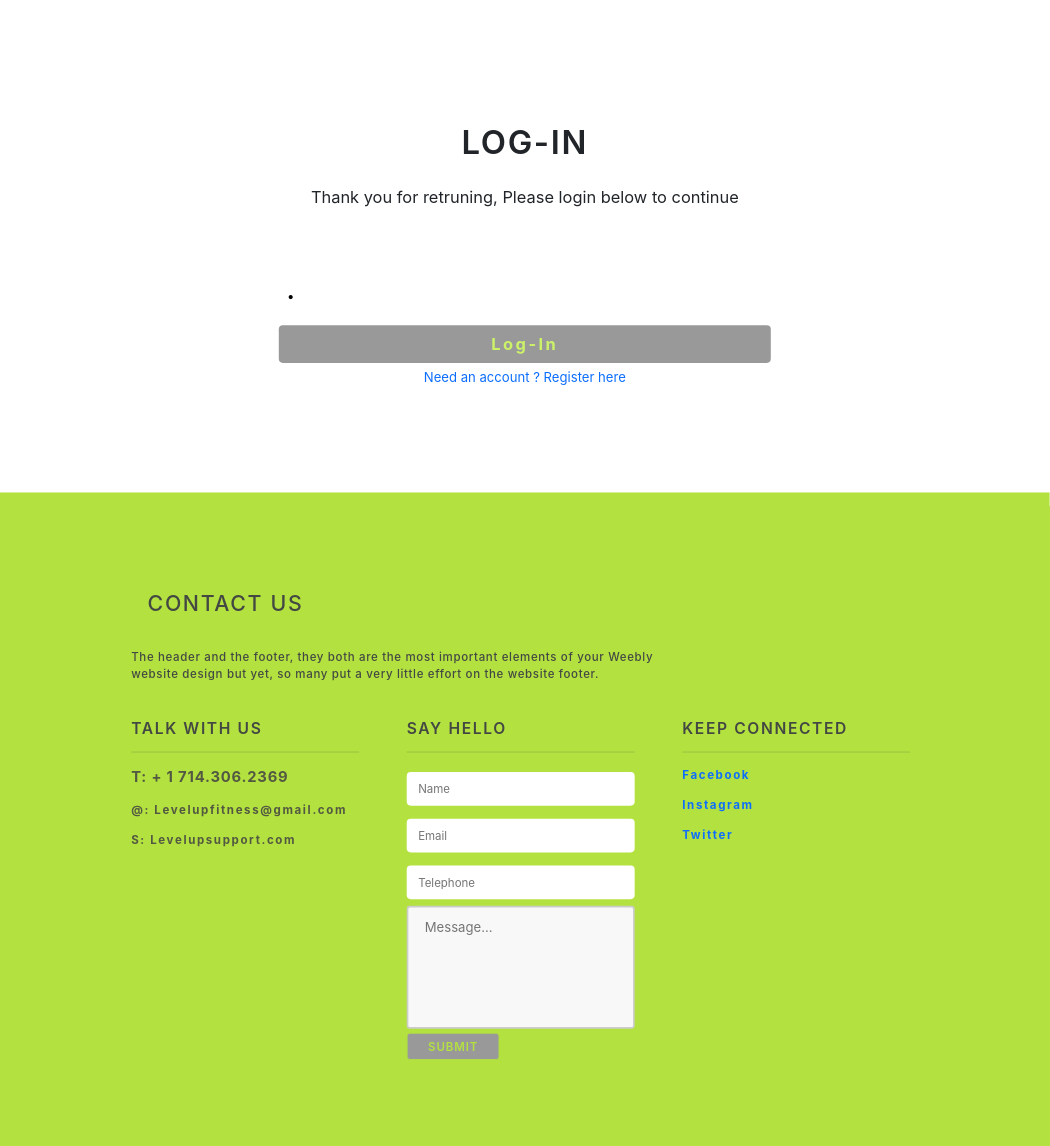
Repository: Bojurie/Level-up
Page: /login (app in client/)
These files come from the project's save history. The page is drawn as it stood at one moment and after the next save; the edit follows.
The browser window is 1280 px wide. The pictures show the part of the page from y = 314 to 1711 px (the page is 1711 px tall), at 82% of full size.
Some web fonts or font styles are not loaded; a fallback is used. Some web libraries are served in a nearby version. The project was rebuilt for these pictures with package versions that can differ from the ones it lists, and the page was loaded fresh each time. Also part of the build but not shown: client/src/components/Carousel.css, client/src/components/Carousel.js, client/src/components/BlogIist.js, client/src/components/HomeVlog.css, client/src/components/HomeVlog.js, client/src/components/homeProducts.css, client/src/components/HomeProducts.js, client/src/components/HomeShop.css and 12 more.

Above is the page before, as saved 2022-12-04 11:22:26.

### client/public/index.html
<!DOCTYPE html>
<html lang="en">
  <head>
    <meta charset="utf-8" />
    <link rel="icon" href="%PUBLIC_URL%/favicon.ico" />
    <meta name="viewport" content="width=device-width, initial-scale=1" />
    <meta name="theme-color" content="#000000" />
    <meta
      name="description"
      content="Web site created using create-react-app"
    />
    <link rel="apple-touch-icon" href="%PUBLIC_URL%/logo192.png" />
    <link rel="manifest" href="%PUBLIC_URL%/manifest.json" />

    <link rel="preconnect" href="https://fonts.googleapis.com" />
    <link rel="preconnect" href="https://fonts.gstatic.com" crossorigin />
    <link
      href="https://fonts.googleapis.com/css2?family=Asap+Condensed:ital,wght@0,400;0,500;1,400&family=Chivo:wght@300;400&family=Jura:wght@300;400;500;600;700&family=Lato:ital,wght@0,400;0,700;1,400&family=Nunito+Sans:wght@400;600&family=Oswald:wght@300;500;700&family=Playball&family=Roboto:ital,wght@0,400;0,500;1,500&family=Wallpoet&display=swap"
      rel="stylesheet"
    />

    <link
      rel="stylesheet"
      href="https://cdn.jsdelivr.net/npm/bootstrap@5.1.3/dist/css/bootstrap.min.css"
      integrity="sha384-1BmE4kWBq78iYhFldvKuhfTAU6auU8tT94WrHftjDbrCEXSU1oBoqyl2QvZ6jIW3"
      crossorigin="anonymous"
    />
    <script
      src="https://kit.fontawesome.com/5ffdb52964.js"
      crossorigin="anonymous"
    ></script>
    <title>React App</title>
    <script
      src="https://kit.fontawesome.com/5ffdb52964.js"
      crossorigin="anonymous"
    ></script>
  </head>
  <body>
    <noscript>You need to enable JavaScript to run this app.</noscript>
    <div id="root"></div>
    <!--
      This HTML file is a template.
      If you open it directly in the browser, you will see an empty page.

      You can add webfonts, meta tags, or analytics to this file.
      The build step will place the bundled scripts into the <body> tag.

      To begin the development, run `npm start` or `yarn start`.
      To create a production bundle, use `npm run build` or `yarn build`.
    -->
  </body>
</html>

### client/src/App.js
import React from 'react';
// import { BrowserRouter as Router, Route, Routes } from 'react-router-dom';
import { BrowserRouter as Router, Route, Routes} from 'react-router-dom'


import Home from './pages/Home';
import About from './pages/About';
import Shop from './pages/Shop';
import Contact from './pages/Contact';
import Navbar from './components/Navbar';
import Footer from './components/Footer';
import LogIn from './pages/LogIn';
import Register from './pages/Register';
// import Chart from './components/Chart';
import Vlog from './pages/Vlog';

import {DataProvider} from './components/Context'


function App() {

  return (
        <Router>
          <DataProvider>
          <Navbar />
          <Routes>
              <Route path='/' element={<Home />} />
              <Route path='/about' element={<About />} />
              <Route path='/contact' element={<Contact />} />
              <Route path='/shop' element={<Shop />} />
              <Route path='/vlog' element={<Vlog />} />
              <Route path='/login' element={<LogIn/>} />
              <Route path='/register' element={<Register />} />
              {/* <Route path='/chart' element={<Chart/>} /> */}
          </Routes>
          <Footer />
          </DataProvider>
        </Router>
  );
}

export default App;

### client/src/components/Navbar.js
import React from 'react';
import { Link } from 'react-router-dom';

import './Navbar.css'
import Logo from '../images/Logo.png'



const Navbar = () => {
  return (
    <nav className='navbar'>
      <div className='navbar-wrapper'>
        <Link to='/' className='logo'>
            <img src={Logo} alt='logo' />
        </Link>
        <ul className='navbar-links'>
            <Link to='/' >Home </Link>
            <Link to='/shop'> Shop</Link>
            <Link to='/Vlog'> V-Log</Link>
            <Link to='/about'> About</Link>
            <Link to='/contact'> Contact</Link>
            <Link to='/login'> Login </Link>
            <Link to='/register'>SignUp</Link>
            <Link to='/chart'><i class="fa-solid fa-cart-shopping"></i></Link>

        </ul>
      </div>

    </nav>
  );
}

export default Navbar;

### client/src/components/Footer.js
import React from 'react';
import { Link } from 'react-router-dom';
  import { FontAwesomeIcon } from '@fortawesome/react-fontawesome'
  import { instagram } from '@fortawesome/free-solid-svg-icons'

import './Footer.css';

const Footer = () => {
  return (
    <div className='footer'>
      <div className='footer-wrapper'>
        <div className='footer-header-wrapper'>
          <div className='footer-header'>
            <h1>Contact Us</h1>
          </div>
          <div className='footer-paragraph'>
            <p>The header and the footer, they both are the most important elements of your Weebly website design but yet, so many put a very little effort on the website footer.</p>
          </div>

        </div>
        <div className='footer-nav-content'>
            <div className='footer-navs-left'>
              <h3>Talk With Us</h3><hr/>
              <div className='footer-contact'>
                <div className='tel'>
                  <p>T: + 1 714.306.2369</p>
                </div>
                <div className='email'>
                  <p>@: Levelupfitness@gmail.com</p>
                </div>
                <div className='support'>
                  <p>S: Levelupsupport.com</p>
                </div>

              </div>

            </div>
            <div className='footer-navs-middle'>
                <h3>Say Hello</h3><hr/>
              <div className='footer-form'>

                  <form className='form'>
                    <input type='text' placeholder=' Name' />
                    <input type='text' placeholder=' Email' />
                    <input type='text' placeholder=' Telephone' />
                    <textarea placeholder='Message...' />
                  </form>
                  <div className='form-btn'>
                    <input type='submit' placeholder='' />
                  </div>

              </div>
            </div>
            <div className='footer-navs-right'>
              <h3>Keep Connected</h3><hr/>
              <div className='social-media'>
                <p><Link to='/'>Facebook</Link></p>
                <p><Link to='/'><FontAwesomeIcon icon="fa-brands fa-instagram" /> Instagram</Link></p>
                <p><Link to='/'>Twitter</Link></p>

              </div>

            </div>
        </div>


      </div>
    </div>
  );
}

export default Footer;

### client/src/pages/LogIn.js
import React from 'react';
import LoginForm from '../components/auth/LoginForm';
import { FormTitle } from '../components/FormTitle';
import './Login.css'

const LogIn = () => {
  return (
    <div >
      <FormTitle className="FormTitleLogin-title" text="Log - In " />
      <div>
        <div className='login'>
          <div className='login-wrapper'>
            <div className='login-form-wrapper'>
              <LoginForm />
            </div>
          </div>
        </div>
      </div>



    </div>
  );
}

export default LogIn;

### client/src/components/Context.js
import React,{Component} from 'react';
export const DataContext = React.createContext();

export class DataProvider extends Component {
  constructor(props) {
    super(props)

    this.state = {
       products: [
         {
          "_id": "1",
          "title": "Level-Up Sweat Pant",
          "src": "https://images.unsplash.com/photo-1618354691373-d851c5c3a990?ixlib=rb-1.2.1&ixid=MnwxMjA3fDB8MHxwaG90by1wYWdlfHx8fGVufDB8fHx8&auto=format&fit=crop&w=658&q=80",
          "description": "Classic fit for running and outdoor activities.",
          "price": 39,
          "colors": ["red", "blue", "black"],
          "count": 2,
         },
         {
          "_id": "2",
          "title": "Kids Level-Up SweatPant",
          "src": "https://images.unsplash.com/flagged/photo-1555895312-bbc472c964f3?ixlib=rb-1.2.1&ixid=MnwxMjA3fDB8MHxwaG90by1wYWdlfHx8fGVufDB8fHx8&auto=format&fit=crop&w=388&q=80",
          "description": "Kids track sweatsuit for running or leisure activities",
          "price": 20,
          "colors": ["red", "blue", "black"],
          "count": 2,
         },
         {
          "_id": "3",
          "title": "Level Up Tank Top",
          "src": "https://images.unsplash.com/photo-1618354691373-d851c5c3a990?ixlib=rb-1.2.1&ixid=MnwxMjA3fDB8MHxwaG90by1wYWdlfHx8fGVufDB8fHx8&auto=format&fit=crop&w=658&q=80",
          "description": "description",
          "price": 20,
          "colors": ["red", "blue", "black"],
          "count": 2,
         },
         {
          "_id": "4",
          "title": "Level Up T-Shirt",
          "src": "https://images.unsplash.com/photo-1618354691373-d851c5c3a990?ixlib=rb-1.2.1&ixid=MnwxMjA3fDB8MHxwaG90by1wYWdlfHx8fGVufDB8fHx8&auto=format&fit=crop&w=658&q=80",
          "description": "description",
          "price": 20,
          "colors": ["red", "blue", "black"],
          "count": 2,
         },
         {
          "_id": "5",
          "title": "Level Up Sweater",
          "src": "https://images.unsplash.com/photo-1618354691373-d851c5c3a990?ixlib=rb-1.2.1&ixid=MnwxMjA3fDB8MHxwaG90by1wYWdlfHx8fGVufDB8fHx8&auto=format&fit=crop&w=658&q=80",
          "description": "description",
          "price": 20,
          "colors": ["red", "blue", "black"],
          "count": 2,
         },
         {
          "_id": "6",
          "title": "Level Up Embroidery Shirt",
          "src": "https://images.unsplash.com/photo-1618354691373-d851c5c3a990?ixlib=rb-1.2.1&ixid=MnwxMjA3fDB8MHxwaG90by1wYWdlfHx8fGVufDB8fHx8&auto=format&fit=crop&w=658&q=80",
          "description": "description",
          "price": 20,
          "colors": ["red", "blue", "black"],
          "count": 2,
         },
       ]
    }
  }

  render(){
    const {products} = this.state;
    return(
      <DataContext.Provider value={{products}}>
        {this.props.children}
      </DataContext.Provider>
    )
  }
}
export default DataProvider;

### client/src/pages/About.css
.aboutContainer h1 {
  text-transform: uppercase;
  font-weight: bold;
  letter-spacing: 2px;
  padding: 50px 0;
}

.aboutContainer {
  padding: 40px 160px;
}

.aboutParagraph p {
  letter-spacing: 1px;
  line-height: 30px;
  font-weight: 500;
}

.AboutUs-content {
  display: flex;
}

.AboutHistory,
.AboutGoal,
.Aboutproduct {
    margin: 0 10px;
    background-color: rgb(229, 228, 228);
}

.history-img {
  max-width: 100%;
}
.history-img img{
  width: 100%;
}

.history-content {
  padding: 10px 0;
}
.history-content p, h1 {
  padding: 20px;
}
.history-content h1{
  font-size: 19px;
  padding: 20px
}

### client/src/components/FormTitle.js
import React from "react";
import './FormTitle.css';

export function FormTitle(props) {
  const { className, text } = props;
  return <h1 className={`${className} form-title`}>{text}</h1>;
}

### client/src/components/Navbar.css
.logo img {
  width: 250px;
}

.navbar {
  padding-top: 0;
  display: contents;
}

.navbar-wrapper {
  display: flex;
  /* justify-content: center; */
  align-items: center;
  height: 90px;
  background: #b3e140;
  padding: 0 50px;
  justify-content: space-between;
}

.navbar-links {
  margin-bottom: 0;
}

.navbar-links a {
  font-size: 14px;
  letter-spacing: 2px;
  font-weight: 700;
  text-transform: capitalize;
  margin: 0 10px;
  color: rgb(68, 72, 67);

}

a {
  list-style: none;
  text-decoration: none;
}

### client/src/components/Footer.css
.footer {
  background-color: #b3e140;
      font-size: 14px;
    letter-spacing: 2px;
    font-weight: 700;

    color: rgb(68, 72, 67);
}
.footer-header h1 {
 font-size: 26px;
 text-transform: uppercase;
 letter-spacing: 2px;
}

.footer-navs {
  text-decoration: none;
  list-style-type: none;

}
.footer-navs li{
  padding: 10px 0;
  letter-spacing: 1px;
  text-transform: uppercase;
  font-weight: 600;

}
.footer-wrapper {
  padding: 100px 160px;
}

.footer-contact {



}
.footer-nav-content p {
 color: #424141db;
}
.footer-contact > .tel p{
    font-size: 18px;
    letter-spacing: 1px;

}
.footer-contact > .email p{
    font-size: 14px;
    /* letter-spacing: 2px; */
}
.footer-contact > .support p{
    font-size: 14px;
    letter-spacing: 2px;
}
.footer-paragraph {
  width: 70%;
  letter-spacing: .8px;
  font-weight: 500;
  padding: 10px 0;
}
.footer-wrapper h3{
 text-transform: uppercase;
 letter-spacing: 2px;
 font-size: 19px;
 font-weight: 600;

}

.footer-nav-content {
  display: flex;
  justify-content: space-between;
}



.footer-navs-left,
.footer-navs-middle,
.footer-navs-right{

  padding: 20px 10px 0 0;
  border-radius: 10px;
}

.footer-form {
  background-color: none !important;
}

/* footer Left section */
.footer-navs-left {
  width: 30%;
}

/* footer Middle section */
.footer-navs-middle {
 width: 30%;
}

.form {
  display: grid;
}
.form input {
  padding: 10px ;
  margin: 8px 0;
  border-radius: 5px;
  border: none;
}
.form input:focus {
  border: none;
}

.form textarea {
   width: 100%;
  height: 150px;
  padding: 12px 20px;
  box-sizing: border-box;
  border: 2px solid #ccc;
  border-radius: 4px;
  background-color: #f8f8f8;
  font-size: 16px;
  resize: none;
}
.form input:active {

  border: 1px solid rgb(241, 234, 234);

}
.form-btn {

}
.form-btn input {
     padding: 5px 25px;
    margin: 5px 0;
    border-radius: 4px;
    background-color: #999999;
    border: 1px solid  #b3e140;
    color: #b3e140;
    letter-spacing: 1.1px;
    font-weight: 600;
    text-transform: uppercase;
}

.footer-navs-right {
  width: 30%;
}

### client/src/components/auth/LoginForm.js
import React, { useState, useEffect } from 'react';
import { Link } from 'react-router-dom';
import './LoginForm.css'

const LoginForm = () => {
     const regUrl = 'http://localhost:5001/auth/login'
    const [ userLogin, setUserLogin ] = useState({
        username: " ",
        password: " "
    })

    const submit = (e) =>{
        e.preventDefault();
        axios.post(regUrl ,
        {
            username: userLogin.username,
            password: userLogin.password
        })
        .then(res => {
            console.log(res.userLogin)
        })
    }
    const handleInputChange = (e) => {
        const newUserLogin = {...userLogin}
        newUserLogin[e.target.id] = e.target.value
        setUserLogin(newUserLogin)
        console.log(newUserLogin)
  }


  return (
   <div className='loginForm'>
      <div className='loginForm-wrapper'>
          <div className='loginForm-header'>
            <h1 className='login-header'>Log-In</h1>
            <p>Thank you for retruning, Please login below to continue</p>
          </div>

          <form method='post' className='form' onSubmit={(e) => submit(e) }>
            <input type='text' name='username' placeholder=' Username or Email ...' value={userLogin.username} onChange = {(e) => handleInputChange(e)} required />
            <input type='password' name='password' value={userLogin.password} onChange = {(e) => handleInputChange(e)} placeholder='Password...' required />
            <div className='loginBtn'>
               <input type='submit'  value='Log-In'/>
            </div>
          </form>


          <Link to='/register'>Need an account ? Register here</Link>


      </div>


   </div>
  )
}

export default LoginForm

### client/src/pages/Login.css
.login {
    width: 100%;
    height: 600px;
    display: flex;
    justify-content: center;
    align-items: center;
}

.login-wrapper {
  margin: 0 60px;
}

### client/src/components/FormTitle.css
.form-title {
  font-size: 3rem;
  font-weight: 700;
  line-height: 2rem;
  margin: auto 0;
  color: white;
  background-image: url('https://images.unsplash.com/photo-1581397867105-8c988bd747e6?ixlib=rb-4.0.3&ixid=MnwxMjA3fDB8MHxwaG90by1wYWdlfHx8fGVufDB8fHx8&auto=format&fit=crop&w=1170&q=80') ;
    background-repeat: no-repeat;
  background-position: center;
  background-size: cover;
  padding: 7rem 0 7rem 10rem;
  letter-spacing: 5px;
  text-transform: uppercase;
  display: flex;
  justify-content: flex-start;

}
.form-title h1{


}


.shopForm-title {
 font-size: 3rem;
  font-weight: 700;
  line-height: 2rem;
  letter-spacing: 5px;
  text-transform: uppercase;
  display: flex;
  margin: auto 0;
   background-image: url('https://images.unsplash.com/photo-1581397867105-8c988bd747e6?ixlib=rb-4.0.3&ixid=MnwxMjA3fDB8MHxwaG90by1wYWdlfHx8fGVufDB8fHx8&auto=format&fit=crop&w=1170&q=80') ;
    background-repeat: no-repeat;
  background-position: center;
  background-size: cover;

  padding: 7rem 0 7rem 10rem;
  justify-content: flex-start;

}
.FormTitleLogin-title {
  font-size: 3rem;
  font-weight: 700;
  line-height: 2rem;
  padding: 6rem 0;
  letter-spacing: 5px;
  text-transform: uppercase;
  display: flex;
  justify-content: center;
  margin: auto 0;
   background-image: url('https://images.unsplash.com/photo-1609770231080-e321deccc34c?ixlib=rb-4.0.3&ixid=MnwxMjA3fDB8MHxwaG90by1wYWdlfHx8fGVufDB8fHx8&auto=format&fit=crop&w=765&q=80') ;
    background-repeat: no-repeat;
  background-position: center;
  background-size: cover;

}
.ContactForm-title {
 /* font-size: 3rem;
  font-weight: 700;
  line-height: 2rem;
  text-transform: uppercase; */
  display: flex;
  margin: auto 0;
   background-image: url('https://images.unsplash.com/photo-1587560699334-bea93391dcef?ixlib=rb-4.0.3&ixid=MnwxMjA3fDB8MHxwaG90by1wYWdlfHx8fGVufDB8fHx8&auto=format&fit=crop&w=1170&q=80') ;
    background-repeat: no-repeat;

 padding: 7rem 0 7rem 10rem;
  letter-spacing: 5px;
  justify-content: flex-start;

}
.RegisterForm-title {
  font-size: 3rem;
  font-weight: 700;
  line-height: 2rem;
  padding: 6rem 0;
  letter-spacing: 5px;
  text-transform: uppercase;
  display: flex;
  justify-content: center;
  margin: auto 0;
   background-image: url('https://images.unsplash.com/photo-1563906267088-b029e7101114?ixlib=rb-4.0.3&ixid=MnwxMjA3fDB8MHxwaG90by1wYWdlfHx8fGVufDB8fHx8&auto=format&fit=crop&w=1170&q=80') ;
    background-repeat: no-repeat;
  /* background-position: bottom; */
  /* background-size: cover; */
    /* background-attachment: */


}
.VlogForm_title h1{


}
.VlogForm_title {
  /* font-size: 3rem;
  font-weight: 700;
  line-height: 2rem; */
  padding: 7rem 0 7rem 10rem;
  letter-spacing: 5px;
  text-transform: uppercase;
  display: flex;
  justify-content: flex-start;
  margin: auto 0;
   background-image: url('https://images.unsplash.com/photo-1440778303588-435521a205bc?ixlib=rb-4.0.3&ixid=MnwxMjA3fDB8MHxwaG90by1wYWdlfHx8fGVufDB8fHx8&auto=format&fit=crop&w=1470&q=80') ;
    background-repeat: no-repeat;
  background-position: center;
  background-size: cover;

}

@media screen and (max-width: 414px) {
  .form-title {
    padding: 4rem 1rem;

  }

}

### client/src/components/auth/LoginForm.css
.loginForm-wrapper {
  text-align: center;
    justify-content: center;
    width: 600px;
    margin: auto;
    padding: 90px 0;

}
.login-header {
  text-transform: uppercase;
  letter-spacing: 2px;
  font-weight: 600;
}


form {
  display: grid;
}

.loginForm-header {
  font-size: 20px;
}

.loging
form input {
  margin: 5px 0;
  padding: 10px;
  border-radius: 10px;
  border: 1px solid white;
  background-color: rgba(243, 247, 255, 0.715) !important;
}
form input:focus{
  border: 2px solid green;
}
form > .loginBtn > input{
  padding: 8px;
  width: 100%;
  background-color:#999999!important;
  color: #ccf368;
  font-weight: 700;
  border: none;
  margin:5px 0 ;
  font-size: 20px;
  letter-spacing: 3px;
}

### client/src/components/auth/registerForm.css

.registerForm-wrapper {
  text-align: center;
    justify-content: center;
    width: 600px;
    margin: auto;
    padding: 90px 0;

}
.login-header {
  text-transform: uppercase;
  letter-spacing: 2px;
  font-weight: 600;
}


form {
  display: grid;
}

.loginForm-header {
  font-size: 20px;
}

.register
form input {
  margin: 5px 0;
  padding: 10px;
  border-radius: 10px;
  border: 1px solid white;

}
form input:focus{
  border: 2px solid green;
}
form > .loginBtn > input{
  padding: 8px;
  width: 100%;
  background-color: #b3e140 !;
  border: none;
  margin:5px 0 ;
}

Loaded but not shown: client/src/index.js (common file); client/src/index.css (common file); client/src/components/BlogList.css (no stored copy; drawn as an empty file)

After the next save:
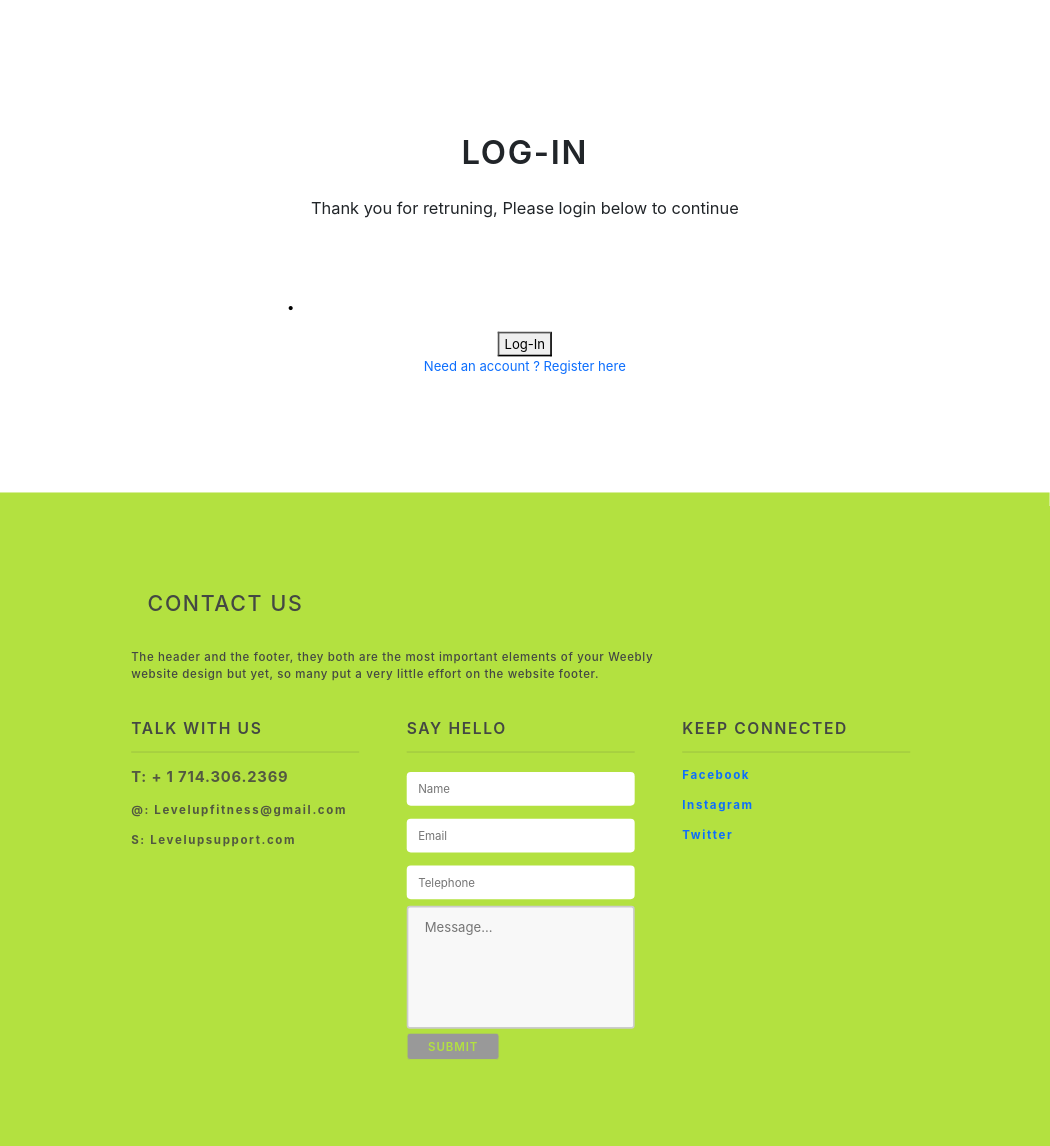
Saved 61 min 24 s later.
--- a/client/src/components/auth/LoginForm.js
+++ b/client/src/components/auth/LoginForm.js
@@ -40,7 +40,7 @@ const LoginForm = () => {
             <input type='text' name='username' placeholder=' Username or Email ...' value={userLogin.username} onChange = {(e) => handleInputChange(e)} required />
             <input type='password' name='password' value={userLogin.password} onChange = {(e) => handleInputChange(e)} placeholder='Password...' required />
             <div className='loginBtn'>
-               <input type='submit'  value='Log-In'/>
+               <button type='submit'  >Log-In</button>
             </div>
           </form>
 
